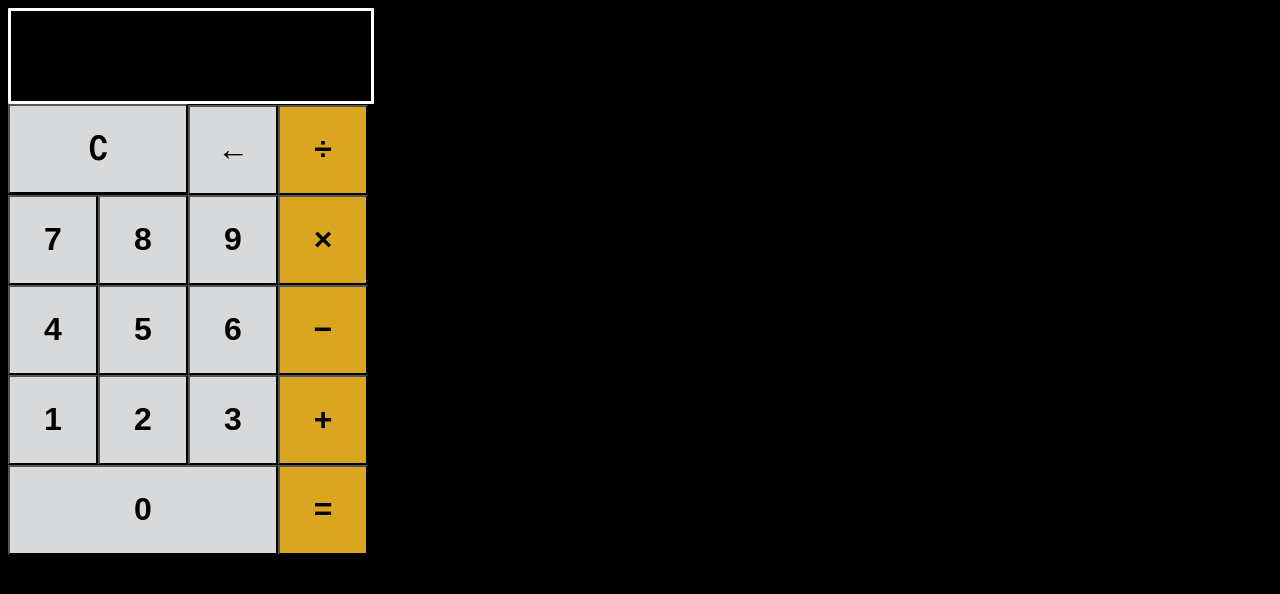
Repository: jontslater/LAB-calculator2
Page: index.html
An editor plug-in stored every save of this project. The page is shown before and after the next save, followed by the edit.
The browser window is 1280 px wide. The pictures show the whole page.

Above is the page before, as saved 2023-10-14 10:15:27.

After the next save:
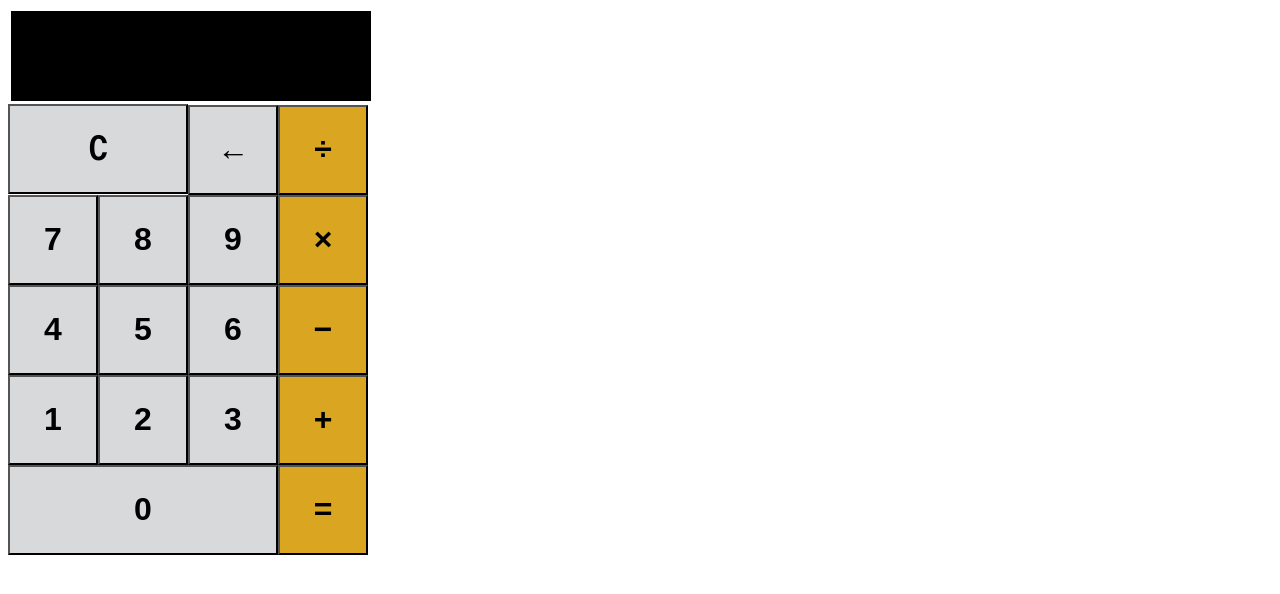
Saved 48 s later.
--- a/main.css
+++ b/main.css
@@ -1,5 +1,5 @@
 body{
-  background-color: #000000;
+  background-color: white;
 }
 
 .container{
